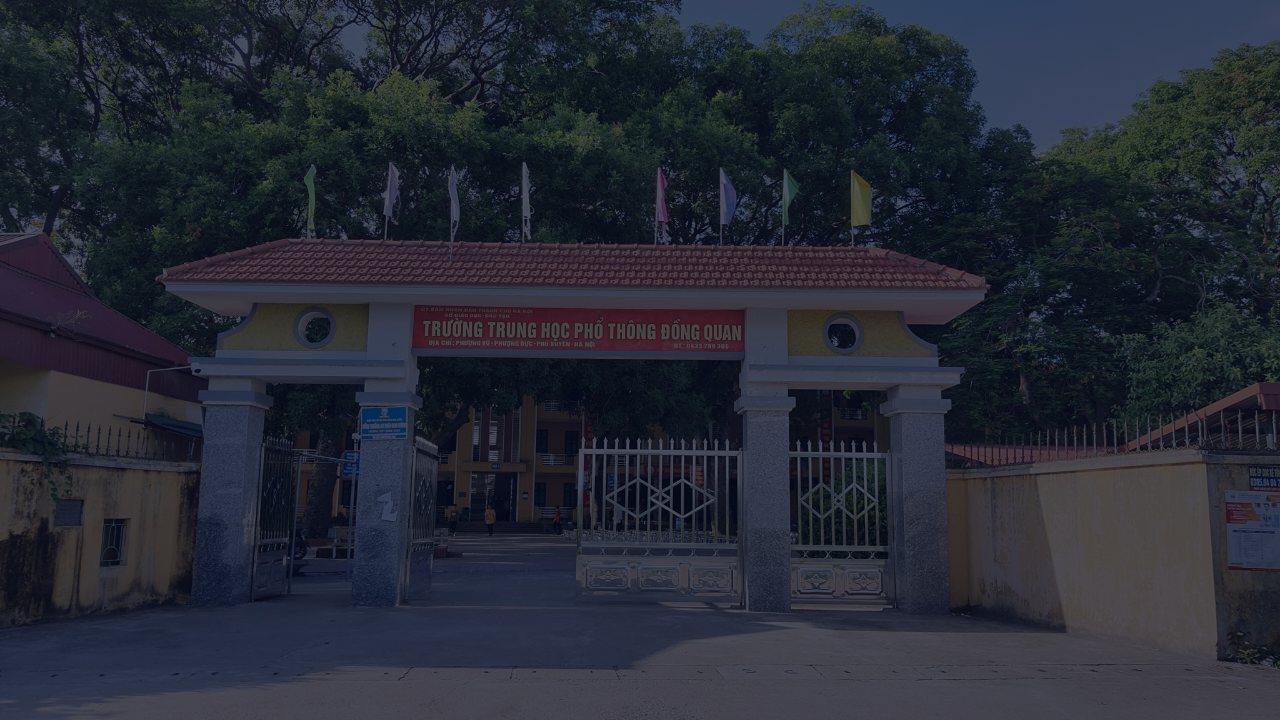
Repository: tung1233hhhhhhhhhhhhh/login-demo
Page: index.html
An editor plug-in stored every save of this project. The page is shown before and after the next save, followed by the edit.
The browser window is 1280 px wide. The pictures show the whole page.

Above is the page before, as saved 2023-02-07 21:24:25.

### index.html
<!DOCTYPE html>
<html lang="en">

<head>
    <meta charset="UTF-8">
    <meta http-equiv="X-UA-Compatible" content="IE=edge">
    <meta name="viewport" content="width=device-width, initial-scale=1.0">
    <title>Document</title>
    <link rel="stylesheet" href="./main.css">
</head>

<body>
    <div class="main">
        <div class="header"></div>
        <div class="content"></div>
        <footer></footer>
    </div>
</body>

</html>

### main.css
* {
    padding: 0;
    margin: 0;
    box-sizing: border-box;
}

body {
    height: 100vh;
    /* height: 100%; */
    width: 100%;
    background-image: linear-gradient(rgba(4, 9, 30, 0.7), rgba(4, 9, 30, 0.7)),
        url(./img/bgr.jpg);
    background-repeat: no-repeat;
    background-size: cover;
}

After the next save:
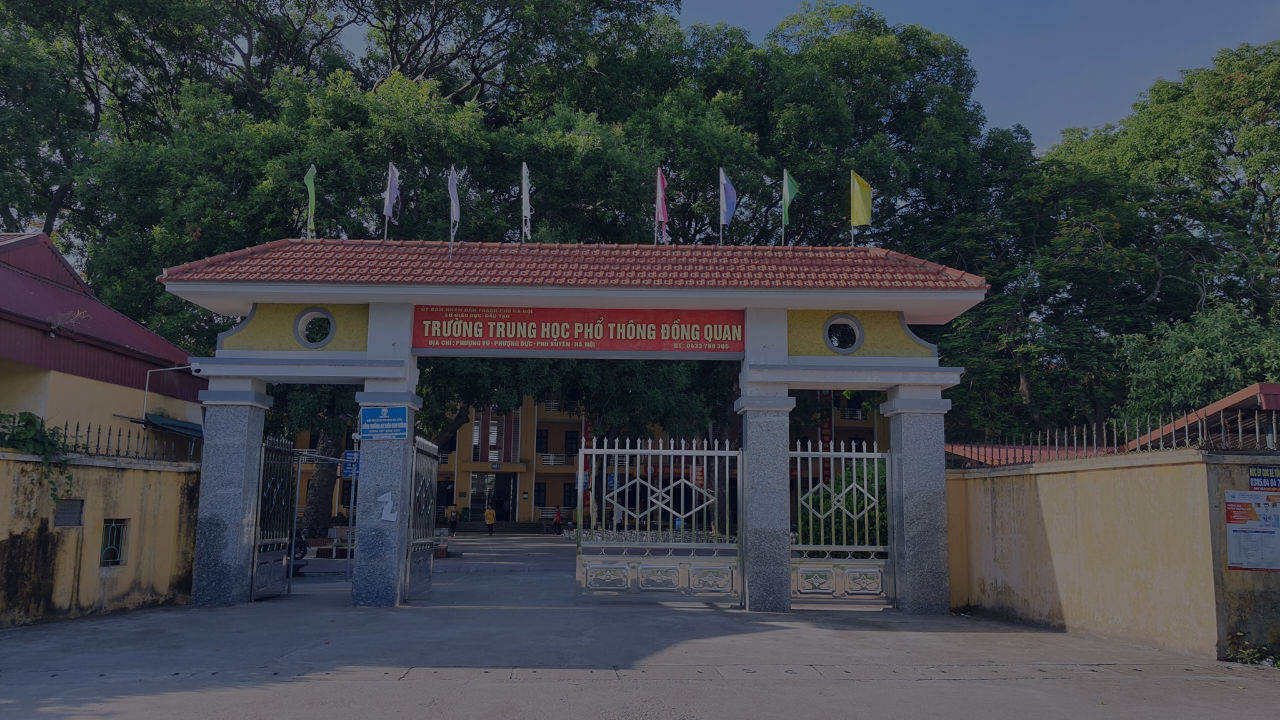
Saved 6 min 22 s later.
--- a/main.css
+++ b/main.css
@@ -8,8 +8,7 @@
     height: 100vh;
     /* height: 100%; */
     width: 100%;
-    background-image: linear-gradient(rgba(4, 9, 30, 0.7), rgba(4, 9, 30, 0.7)),
-        url(./img/bgr.jpg);
+    background-image: linear-gradient(rgba(4, 9, 30, 0.5), rgba(4, 9, 30, 0.5)), url(./img/bgr.jpg);
     background-repeat: no-repeat;
     background-size: cover;
 }
